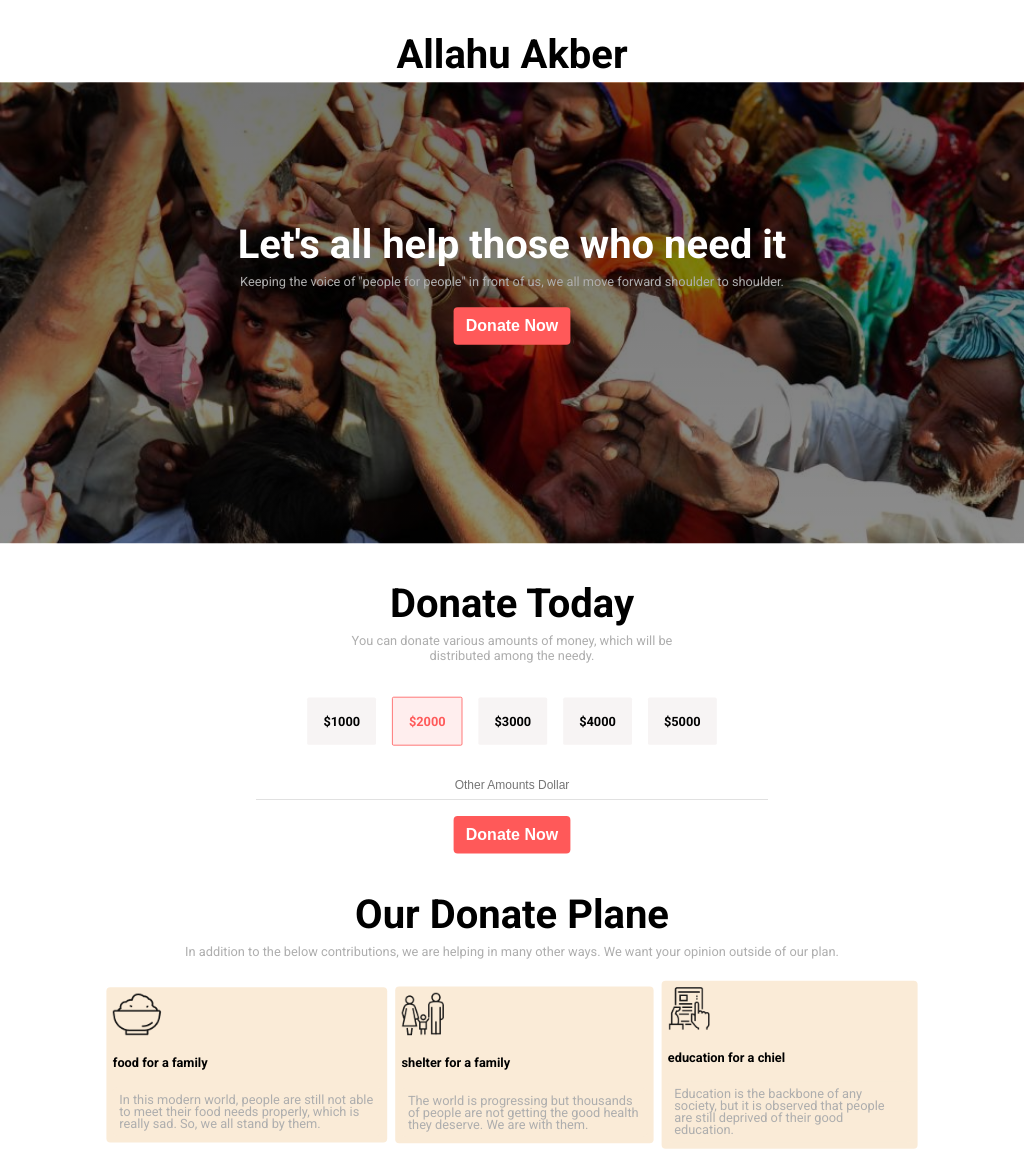
Repository: zjria/suppert-the-helpness
Page: index.html
The author's editor kept a copy of each file at every save. The page is drawn from the files as they stood at one save, then again after the next save.
The browser window is 1280 px wide. The pictures show the whole page, at 80% of full size.

Above is the page before, as saved 2022-08-26 11:02:28.

### index.html
<!DOCTYPE html>
<html lang="en">

<head>
    <meta charset="UTF-8">
    <meta http-equiv="X-UA-Compatible" content="IE=edge">
    <meta name="viewport" content="width=device-width, initial-scale=1.0">
    <title>Support the helpless</title>
    <!-- Google Fonts -->
    <link rel="preconnect" href="https://fonts.googleapis.com">
    <link rel="preconnect" href="https://fonts.gstatic.com" crossorigin>
    <link href="https://fonts.googleapis.com/css2?family=Roboto:wght@100;300;400;500;700;900&display=swap"
        rel="stylesheet">
    <!-- Custom CSS -->
    <link rel="stylesheet" href="style.css">
</head>

<body>
    <h1>Allahu Akber</h1>
    <!-- Header Section -->
    <section class="header_section">
        <div class="header-text">
            <h1>Let's all help those who need it</h1>
            <p>Keeping the voice of "people for people" in front of us, we all move forward shoulder to shoulder.</p>
            <button class="button-style">Donate Now</button>
        </div>
    </section>
    <!-- Donate today Section -->
    <section class="donate-today">
        <h1>Donate Today</h1>
        <p>You can donate various amounts of money, which will be <br> distributed among the needy.</p>
        <div class="amounts">
            <div class="dollar">$1000</div>
            <div class="dollar" id="second">$2000</div>
            <div class="dollar">$3000</div>
            <div class="dollar">$4000</div>
            <div class="dollar">$5000</div>
        </div>
        <div class="input-field">
            <input type="text" placeholder="Other Amounts Dollar">
            <div class="line-style">
            </div>
            <button class="button-style">Donate Now</button>
        </div>
    </section>
    <!-- Our Donate Plane Section -->
    <section class="donate-lane">
        <h1>Our Donate Plane</h1>
        <p>In addition to the below contributions, we are helping in many other ways. We want your opinion outside of
            our plan.</p>

        <div class="our-plan">
            <div class="plane">
                <img src="images/food.png" alt="">
                <h4>food for a family</h4>
                <p>In this modern world, people are still not able to meet their food needs properly, which is really
                    sad. So, we all stand by them.
                </p>
            </div>
            <div class="plane">
                <img src="images/shelter.png" alt="">
                <h4>shelter for a family</h4>
                <p>The world is progressing but thousands of people are not getting the good health they deserve. We are
                    with them.
                </p>
            </div>
            <div class="plane">
                <img src="images/Frame-1.png" alt="">
                <h4>education for a chiel</h4>
                <p>Education is the backbone of any society, but it is observed that people are still deprived of their
                    good education.
                </p>
            </div>
        </div>

    </section>
</body>

</html>

### style.css
body {
    font-family: 'Roboto', sans-serif;
    margin: 0%;
    padding: 0%;
}

/* Header Section */
.header_section {
    background-image: linear-gradient(rgb(0, 0, 0, 0.55), rgb(0, 0, 0, 0.45)), url(images/header.jpg);
    background-position: center;
    background-size: cover;
    width: 100%;
    height: 80vh;
    color: white;
}

.header-text {
    margin: auto;
    justify-content: center;
    align-items: center;
    padding-top: 10%;
}

h1 {
    font-size: 50px;
    padding: 5px;
    margin-bottom: 1px;
    text-align: center;

}

p {
    font-size: 16px;
    padding: 2px;
    margin: 0px 0px 20px 0px;
    font: bolder;
    text-align: center;
    color: #aeaeae;
}

.button-style {
    font-size: 20px;
    padding: 12px 15px;
    background-color: #ff5959;
    color: white;
    border-radius: 5px;
    border: none;
    font-weight: 700;
    text-align: center;
    align-items: center;
    justify-content: center;
    margin: 0 auto;
    display: flex;
}


/* donate-today */
.amounts {
    display: flex;
    margin: auto;
    align-items: center;
    text-align: center;
    justify-content: center;
}

.dollar {
    padding: 20px;
    background: rgb(247, 244, 244);
    margin: 20px 10px 30px 10px;
    border-radius: 2px;
    font-weight: bold;
}

.dollar#second {
    border: 1px solid #ff5959;
    background: #ffeeee;
    transition: none;
    transform: none;
    color: #ff5959;
    font-weight: bold;
}

.input-field input {
    text-align: center;
    align-items: center;
    margin: 0 auto;
    display: flex;
    border: 0;
    padding: 10px 15px;
    width: 50%;
    font-size: 15px;
}

.input-field .line-style {
    width: 50%;
    text-align: center;
    align-items: center;
    margin: 0 auto;
    content: '';
    background-color: #dadada;
    color: #dadada;
    height: 1px;
    margin-bottom: 20px;
}

.our-plan {
    display: flex;
    width: 80%;
    text-align: center;
    justify-content: center;
    margin: 0 auto;
    align-items: center;

}

.plane,
.plane p {
    background-color: antiquewhite;
    margin: 5px;
    text-align: start;
    padding: 8px;
    border-radius: 5px;


}

.plane p {
    margin: 0px;
    line-height: 15px;
}

After the next save:
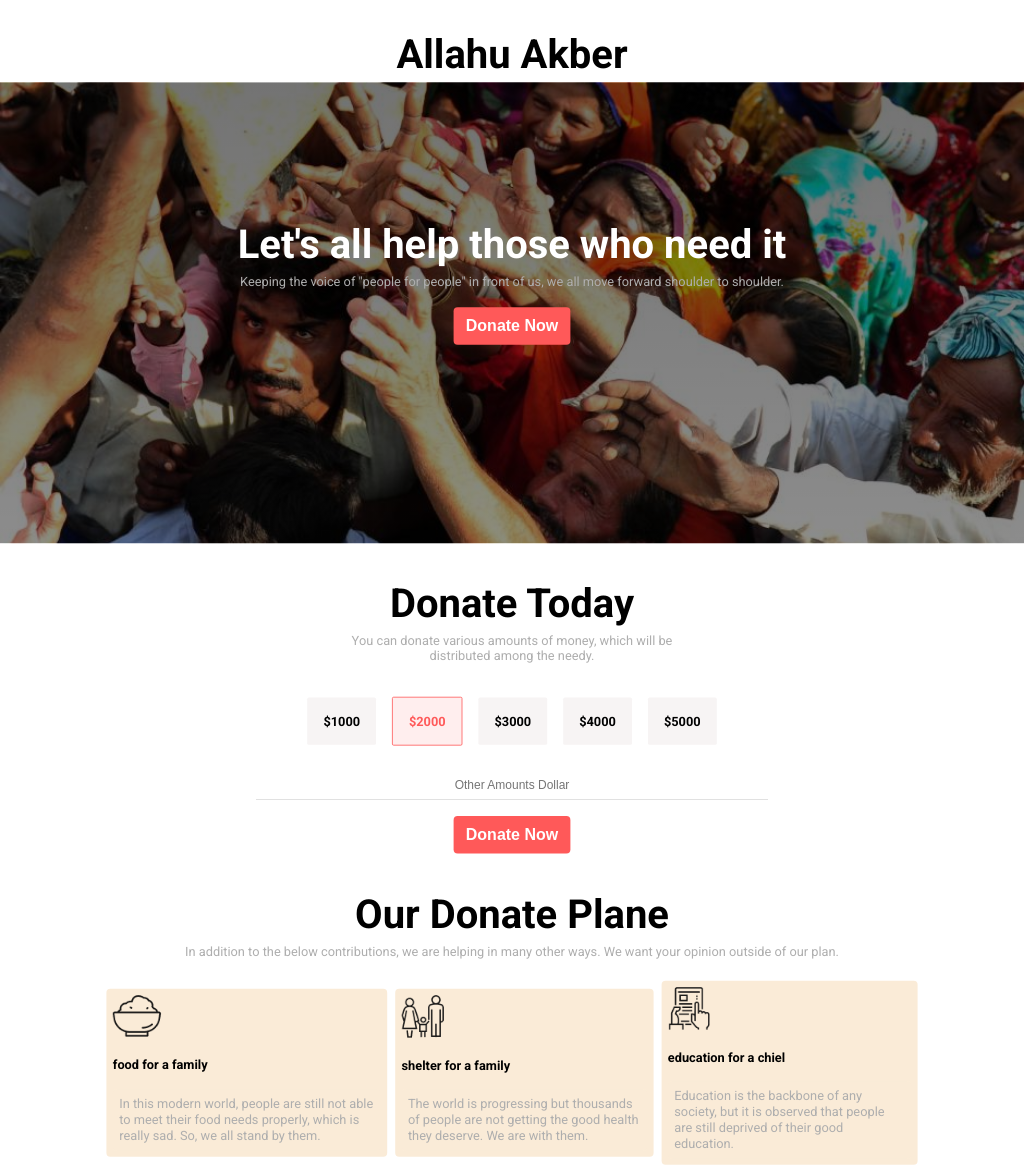
Saved 8 s later.
--- a/style.css
+++ b/style.css
@@ -126,5 +126,5 @@ p {
 
 .plane p {
     margin: 0px;
-    line-height: 15px;
+    line-height: 20px;
 }
